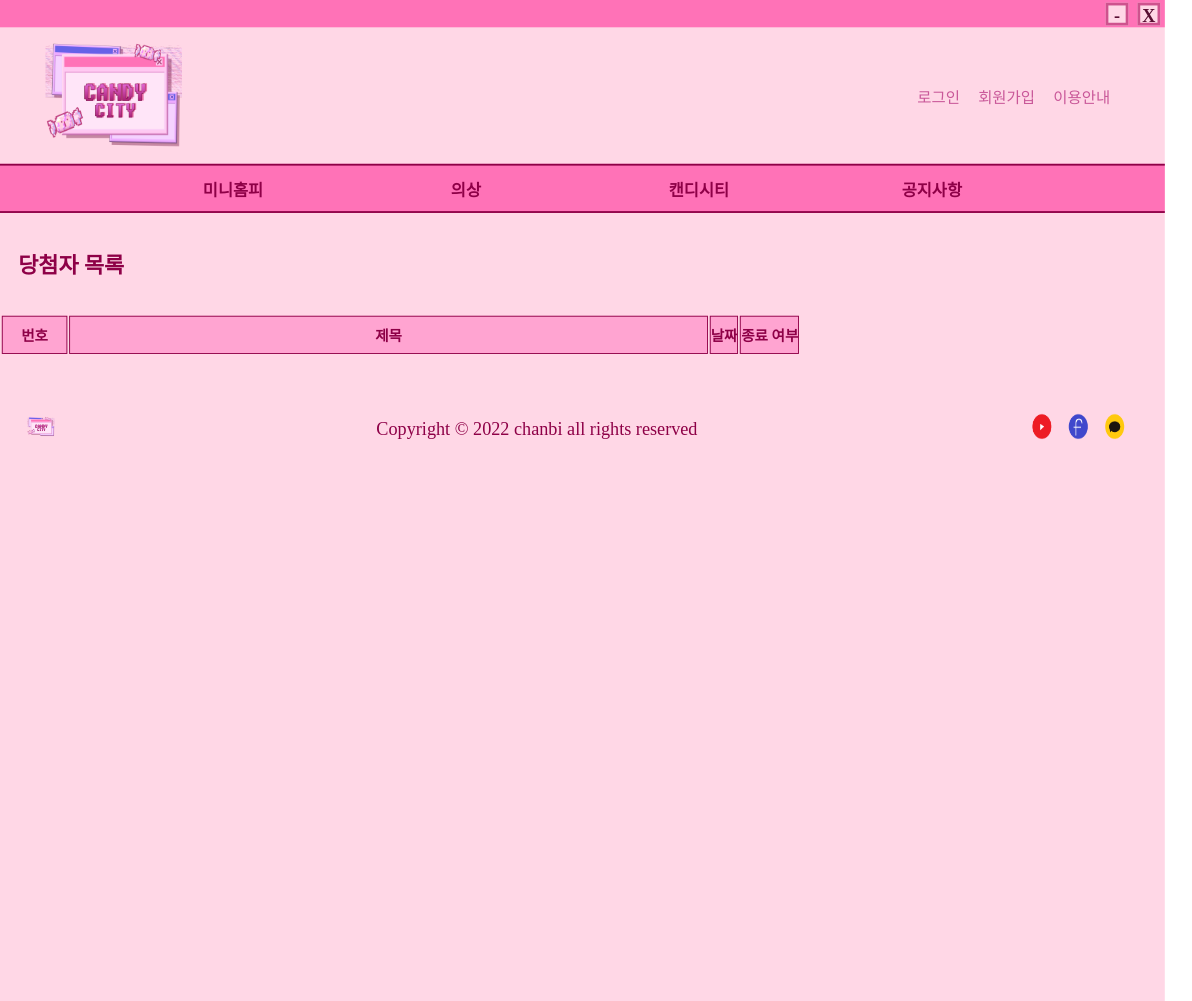
Repository: chanbiM/candyCityProject
Page: http://localhost/CandyCityProj/getNoticeList?type=null
These files come from the project's save history. The page is drawn as it stood at one moment and after the next save; the edit follows.
The browser window is 1280 px wide. The page is 1310 px wide, so the pictures cover 1310 px, including what lies to the right of the window. The pictures show the whole page, at 91% of full size.
Some web fonts or font styles are not loaded; a fallback is used. The page is served by Tomcat 9. Queries for data that is not in the repository find no rows.

Above is the page before, as saved 2022-11-18 10:03:41.

After the next save:
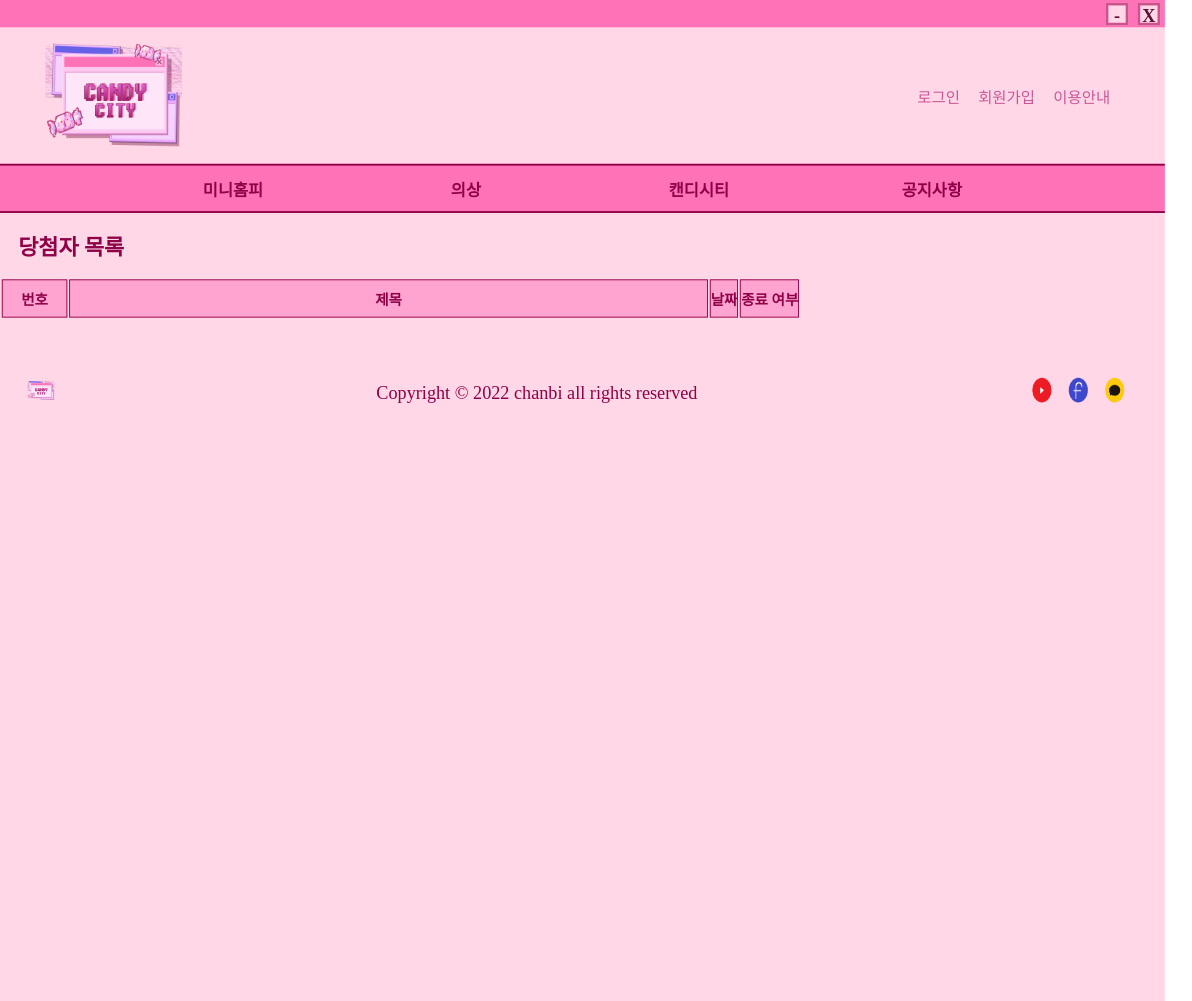
Saved 12 s later.
--- a/CandyCityProj/WebContent/css/postListStyle.css
+++ b/CandyCityProj/WebContent/css/postListStyle.css
@@ -66,7 +66,7 @@ td, th, tr {
 }
 
 h2 {
-	margin: 20px;
+	margin-left: 20px;
 }
 
 .homepiList {
